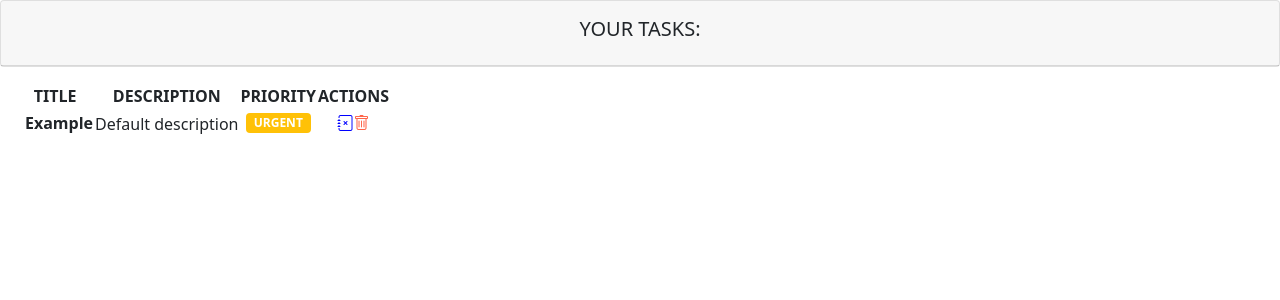
Repository: abgdev1997/proyecto-evo
Page: /about
An editor plug-in stored every save of this project. The page is shown before and after the next save, followed by the edit.
The browser window is 1280 px wide. The pictures show the whole page.
The project was rebuilt for these pictures with package versions that can differ from the ones it lists, and the page was loaded fresh each time. Also part of the build but not shown: src/index.css.

Above is the page before, as saved 2022-01-27 11:17:45.

After the next save:
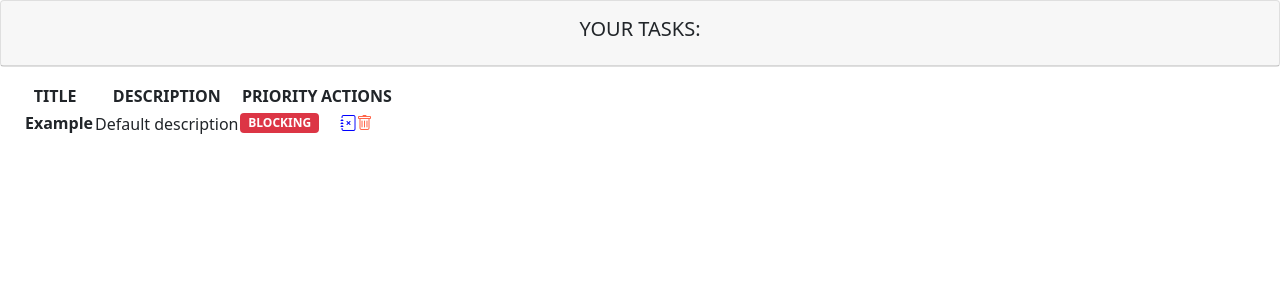
Saved 15 s later.
--- a/src/components/container/task_list.jsx
+++ b/src/components/container/task_list.jsx
@@ -5,7 +5,7 @@ import TaskComponent from '../pure/task_component'
 
 const TaskList = () => {
 
-    const defaultTask = new Task('Example', 'Default description', false, LEVELS.URGENT);
+    const defaultTask = new Task('Example', 'Default description', false, LEVELS.BLOCKING);
 
     //Estados del componente
     const [tasks, setTasks] = useState([defaultTask]);
